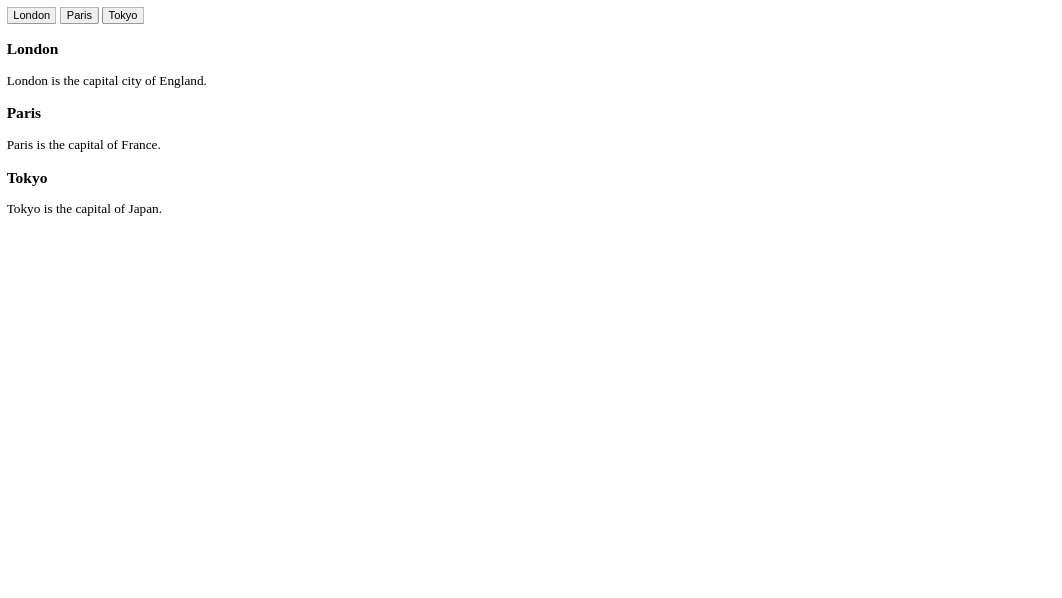
Repository: brandonhyc/note_collection
Page: 基础笔记/HTML_CSS_JS/Examples/inheritanceComponent/index.html
An editor plug-in stored every save of this project. The page is shown before and after the next save, followed by the edit.
The browser window is 1280 px wide. The pictures show the whole page, at 83% of full size.

Above is the page before, as saved 2019-02-15 10:03:52.

### 基础笔记/HTML_CSS_JS/Examples/inheritanceComponent/index.html
<!DOCTYPE html>
<html>
<head>
    <meta charset="utf-8" />
    <meta http-equiv="X-UA-Compatible" content="IE=edge">
    <title>Page Title</title>
    <meta name="viewport" content="width=device-width, initial-scale=1">
    <!-- <link rel="stylesheet" type="text/css" media="screen" href="main.css" /> -->

</head>
<body>
    <tabSwitcher></tabSwitcher>


</body>
<template>
    <div class="tabSwitcher">
        <div class="tab">
            <button class="tablinks" value=0>London</button>
            <button class="tablinks" value=1>Paris</button>
            <button class="tablinks" value=2>Tokyo</button>
        </div>

        <!-- Tab content -->
        <div class="container">
            <div id="London" class="tabcontent" id="tabContent-1">
                <h3>London</h3>
                <p>London is the capital city of England.</p>
            </div>

            <div id="Paris" class="tabcontent" id="tabContent-2">
                <h3>Paris</h3>
                <p>Paris is the capital of France.</p>
            </div>

            <div id="Tokyo" class="tabcontent" id="tabContent-3">
                <h3>Tokyo</h3>
                <p>Tokyo is the capital of Japan.</p>
            </div>
        </div>
    </div>

</template>

    <script src="inheritanceComponent.js"></script>
</html>

### 基础笔记/HTML_CSS_JS/Examples/inheritanceComponent/inheritanceComponent.js
class tabSwitcher {
    constructor(prop) {
        this.id = prop.id;
        this.node = this.create;
    }

    get create() {
        if (this.node != null) {
            return this.node;
        }
        let temp = document.getElementsByTagName("template")[0];
        let clon = temp.content.cloneNode(true);

        clon.id = this.id;
        this.node = clon;

        let buttonsDiv = this.node.querySelector(".tab");
        buttonsDiv.addEventListener('click', this.switchTab);

        document.body.appendChild(this.node);
        return clon;
    }


    switchTab(event) {
        let index = event.target.value;
        let tabs = this.parentElement.querySelectorAll(".container div");
        // stop papergate

        // close previous tab
        for (let i = 0; i < tabs.length; i++) {
            tabs[i].style.display = "none";
        }
        debugger
        // show the tab content
        tabs[index].style.display = "contents";
    }
}



(function main() {
    // get all tabComponents

    document.querySelectorAll("tabSwitcher").forEach((node, index) => {
        new tabSwitcher({id: "tab" + index});
    });

})()

After the next save:
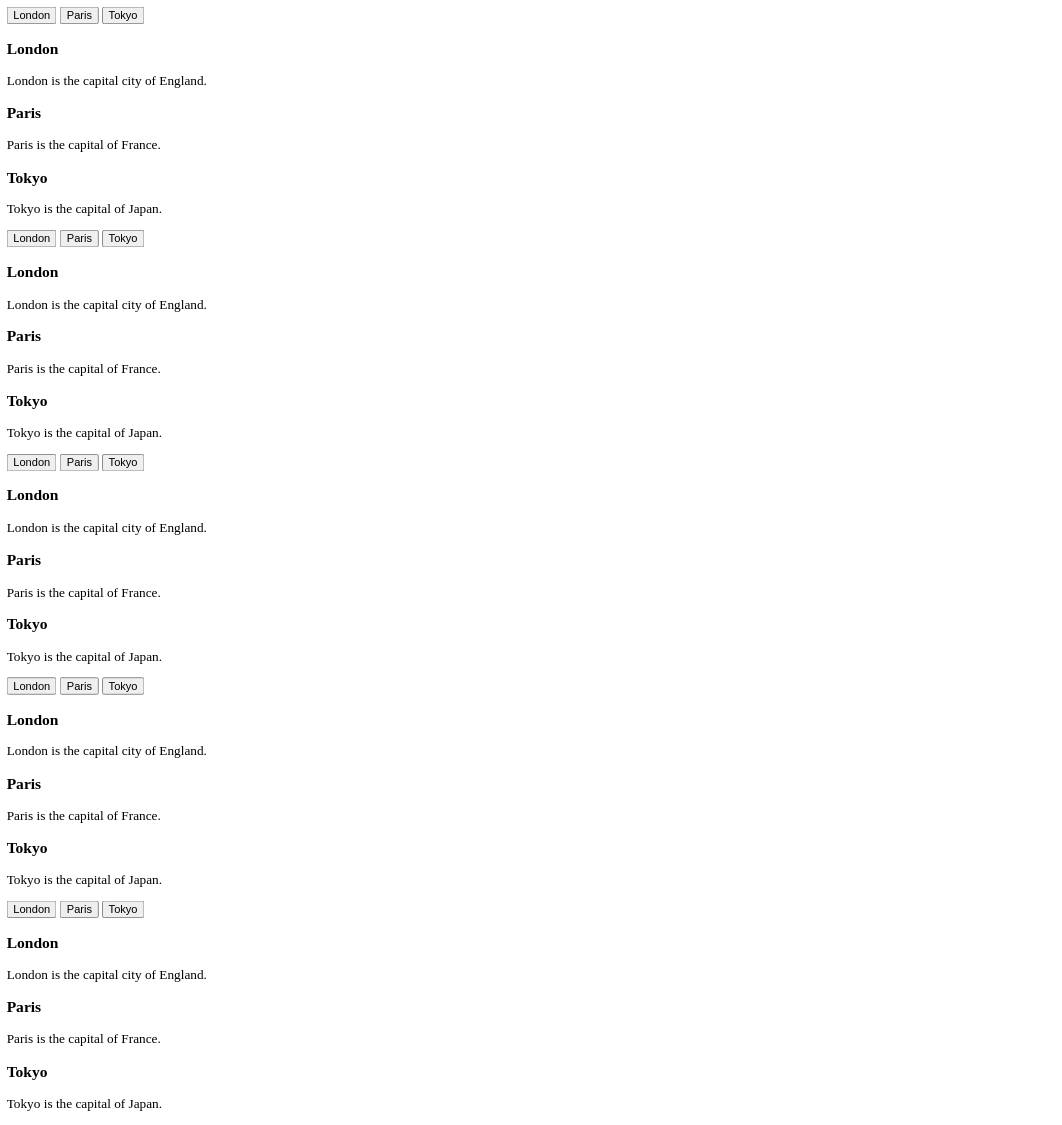
Saved 14 s later.
--- a/基础笔记/HTML_CSS_JS/Examples/inheritanceComponent/index.html
+++ b/基础笔记/HTML_CSS_JS/Examples/inheritanceComponent/index.html
@@ -9,6 +9,10 @@
 
 </head>
 <body>
+    <tabSwitcher></tabSwitcher>
+    <tabSwitcher></tabSwitcher>
+    <tabSwitcher></tabSwitcher>
+    <tabSwitcher></tabSwitcher>
     <tabSwitcher></tabSwitcher>
 
 
